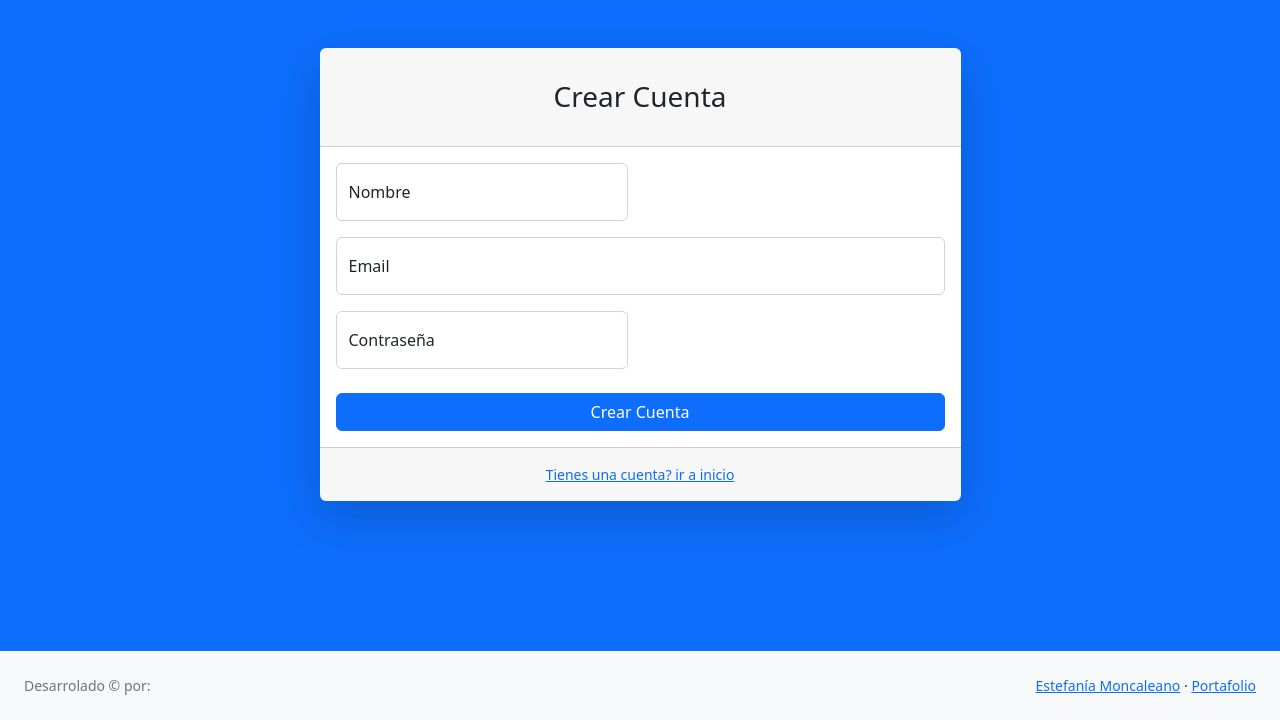
Repository: EstefaMH/Dashboard
Page: register.html
The author's editor kept a copy of each file at every save. The page is drawn from the files as they stood at one save, then again after the next save.
The browser window is 1280 px wide. The pictures show the whole page.
Some web libraries are served in a nearby version.

Above is the page before, as saved 2023-12-29 02:41:14.

### register.html
<!DOCTYPE html>
<html lang="en">

<head>
    <meta charset="utf-8" />
    <meta http-equiv="X-UA-Compatible" content="IE=edge" />
    <meta name="viewport" content="width=device-width, initial-scale=1, shrink-to-fit=no" />
    <meta name="description" content="" />
    <meta name="author" content="" />
    <title>Registro - Admin</title>
    <link href="styles/styles.css" rel="stylesheet" />
    <script src="https://use.fontawesome.com/releases/v6.3.0/js/all.js" crossorigin="anonymous"></script>
</head>

<body class="bg-primary">
    <div id="layoutAuthentication">
        <div id="layoutAuthentication_content">
            <main>
                <div class="container">
                    <div class="row justify-content-center">
                        <div class="col-lg-7">
                            <div class="card shadow-lg border-0 rounded-lg mt-5">
                                <div class="card-header">
                                    <h3 class="text-center font-weight-light my-4">Crear Cuenta</h3>
                                </div>
                                <div class="card-body">
                                    <form class="form_register" id="form_register" name="form_register" onsubmit="submitFormRegister()">
                                        <div class="row mb-3">
                                            <div class="col-md-6">
                                                <div class="form-floating mb-3 mb-md-0">
                                                    <input required name="userName" class="form-control" id="inputFirstName"
                                                        type="text" placeholder="Enter your first name" />
                                                    <label for="inputFirstName">Nombre</label>
                                                </div>
                                            </div>

                                        </div>
                                        <div class="form-floating mb-3">
                                            <input required name="email" class="form-control" id="inputEmail" type="email"
                                                placeholder="name@example.com" />
                                            <label for="inputEmail">Email </label>
                                        </div>
                                        <div class="row mb-3">
                                            <div class="col-md-6">
                                                <div class="form-floating mb-3 mb-md-0">
                                                    <input name="password" class="form-control" id="inputPassword"
                                                        type="password" placeholder="Create a password" />
                                                    <label for="inputPassword">Contraseña</label>
                                                </div>
                                            </div>

                                        </div>
                                        <div class="mt-4 mb-0">
                                            <div class="d-grid">
                                                <button class="btn btn-primary btn-block">Crear
                                                    Cuenta
                                                </button>
                                            </div>
                                        </div>
                                    </form>
                                </div>
                                <div class="card-footer text-center py-3">
                                    <div class="small"><a href="dashboard.html">Tienes una cuenta? ir a inicio</a></div>
                                </div>
                            </div>
                        </div>
                    </div>
                </div>
            </main>
        </div>
        <div id="layoutAuthentication_footer">
            <footer-component></footer-component>
        </div>
    </div>
    <script src="https://cdn.jsdelivr.net/npm/bootstrap@5.2.3/dist/js/bootstrap.bundle.min.js"
        crossorigin="anonymous"></script>
    <script src="js/scripts.js"></script>
    <script src="components/Footer.js"></script>
    <script src="functions/Auth/Register.js"></script>
    <script src="services/POST/postAdmin.js"></script>
    <script src="handlers/Register.js"></script>
    <script src="models/Admin.js"></script>
</body>

</html>

### js/scripts.js
/*!
    * Start Bootstrap - SB Admin v7.0.7 (https://startbootstrap.com/template/sb-admin)
    * Copyright 2013-2023 Start Bootstrap
    * Licensed under MIT (https://github.com/StartBootstrap/startbootstrap-sb-admin/blob/master/LICENSE)
    */
    //
// Scripts
//

window.addEventListener('DOMContentLoaded', event => {

    // Toggle the side navigation
    const sidebarToggle = document.body.querySelector('#sidebarToggle');
    if (sidebarToggle) {
        // Uncomment Below to persist sidebar toggle between refreshes
        // if (localStorage.getItem('sb|sidebar-toggle') === 'true') {
        //     document.body.classList.toggle('sb-sidenav-toggled');
        // }
        sidebarToggle.addEventListener('click', event => {
            event.preventDefault();
            document.body.classList.toggle('sb-sidenav-toggled');
            localStorage.setItem('sb|sidebar-toggle', document.body.classList.contains('sb-sidenav-toggled'));
        });
    }

});

### components/Footer.js
class FooterComponent extends HTMLElement {

    constructor() {
        super();
        this.render();
    }

    render() {
        this.innerHTML =
            `
            <footer class="py-4 bg-light mt-auto">
                <div class="container-fluid px-4">
                    <div class="d-flex align-items-center justify-content-between small">
                        <div class="text-muted">Desarrolado &copy; por: </div>
                        <div>
                            <a href="https://www.linkedin.com/in/estefan%C3%ADa-moncaleano">Estefanía Moncaleano</a>
                            &middot;
                            <a href="https://portafolio-react-og8w6l76g-estefamh.vercel.app/skills">Portafolio </a>
                        </div>
                    </div>
                </div>
            </footer>
                `
    }
}

customElements.define("footer-component", FooterComponent);

### functions/Auth/Register.js
async function submitFormRegister() {

    const admin = new Admin();

    let form = new FormData(form_register)
    console.log(form);
    const jsonData = {};

    form.forEach((value, key) => {
      jsonData[key] = value;
    });

    admin.userName = jsonData['userName'];
    admin.email = jsonData['email'];
    admin.password = jsonData['password'];

    postAdmin(admin.userName,admin.password , admin.email)
    handleRegister()
  }

### services/POST/postAdmin.js
async function postAdmin(userName, password, email) {

    try {

        const baseUrl = "http://localhost:3000";

        const data = { userName, password, email }

        const headers = {

            method: "POST",
            headers: {
                "Content-Type": "application/json",
            },
            body: JSON.stringify(data),

        }

        const response = await fetch(`${baseUrl}/admin`, headers);

        return response.status;


    } catch (error) {
        console.error("Error:", error);
    }


}

### handlers/Register.js


const handleRegister = () => {
    document.getElementById("form_register")
    .action = "index.html"
}

### models/Admin.js
class Admin {

    constructor(userName, email, password) {
        this.userName = userName;
        this.email = email;
        this.password = password;
    }

    setUser(userName, email, password) {
        localStorage.setItem("userName", userName);
        localStorage.setItem("email", email);
        localStorage.setItem("password", password);
    }

    removeUser() {
        localStorage.removeItem("userName");
        localStorage.removeItem("email");
        localStorage.removeItem("password");

        location.href = ("login.html");
    }


    async findUser(email) {


        let response = getAdmin().then((data) => {

            console.log(data)
            let adminData = data.find(admin => admin.email === email);
            console.log(adminData)

            return adminData;

        })
            .catch(error => {
                console.error('Error en la solicitud:', error);
            });

        return response;
    }

    async validationCredentialsUser(emailForm, passwordForm) {

        let user = await this.findUser(emailForm);
        console.log(user);

        if (user == undefined) {

            Swal.fire({
                title: "Usuario no encontrado",
                text: "Verifica tu email o registrate",
                icon: "warning",
                showCancelButton: true,
                confirmButtonText: "Registrarme",
                cancelButtonText: "Cancelar",
                reverseButtons: true
            }).then((result) => {
                if (result.isConfirmed) {
                    location.href = "register.html";
                }
            });
        }


        let { userName, password, email } = user


        if (emailForm != email) {

            Swal.fire({
                title: "Credenciales incorrectas",
                text: "El email ingresado es incorrecto",
                icon: "error"
            });

        } else if (passwordForm != password) {
            Swal.fire({
                title: "Credenciales incorrectas",
                text: "La contraseña ingresada es incorrecta",
                icon: "error"
            });

        } else {
            location.href = "dashboard.html";
            this.setUser(userName, email, password)
        }
    }

}

Loaded but not shown: styles/styles.css (library)

After the next save:
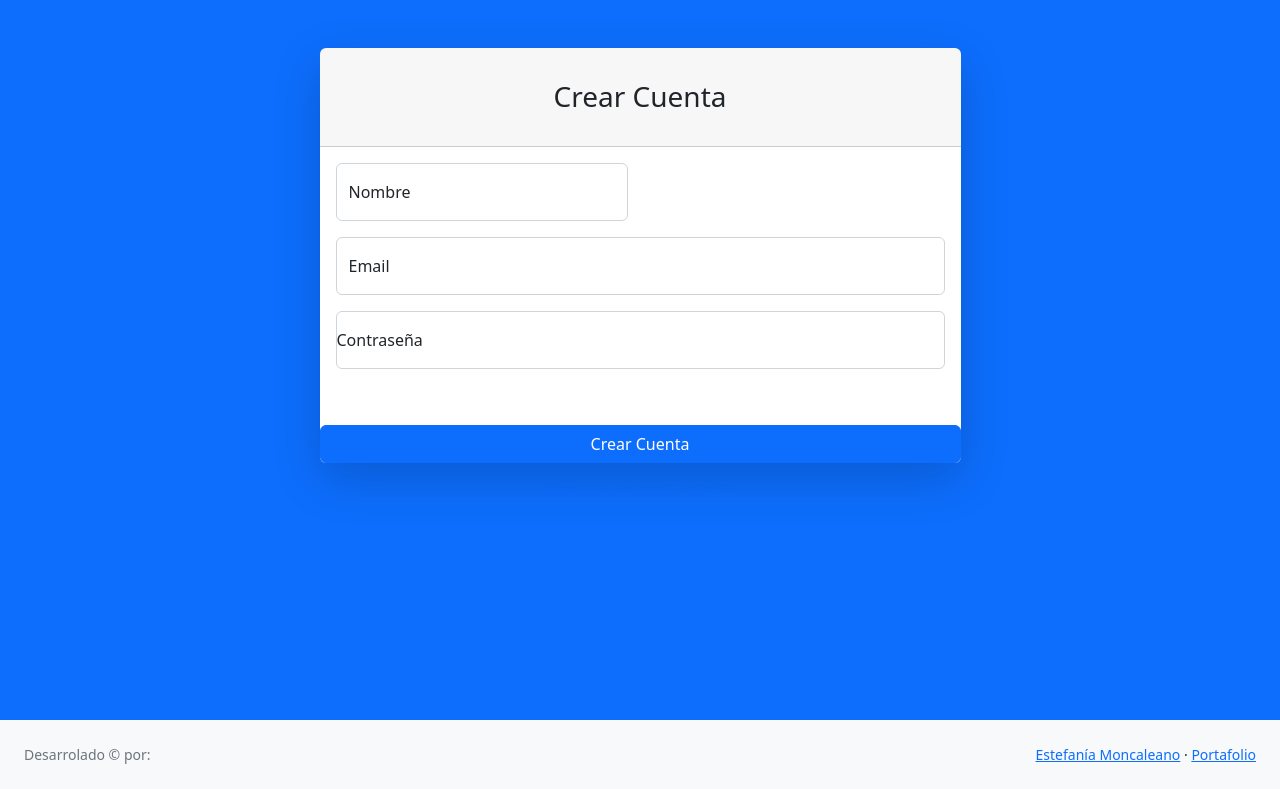
Saved 27 s later.
--- a/register.html
+++ b/register.html
@@ -41,7 +41,7 @@
                                             <label for="inputEmail">Email </label>
                                         </div>
                                         <div class="row mb-3">
-                                            <div class="col-md-6">
+
                                                 <div class="form-floating mb-3 mb-md-0">
                                                     <input name="password" class="form-control" id="inputPassword"
                                                         type="password" placeholder="Create a password" />

After the save that followed:
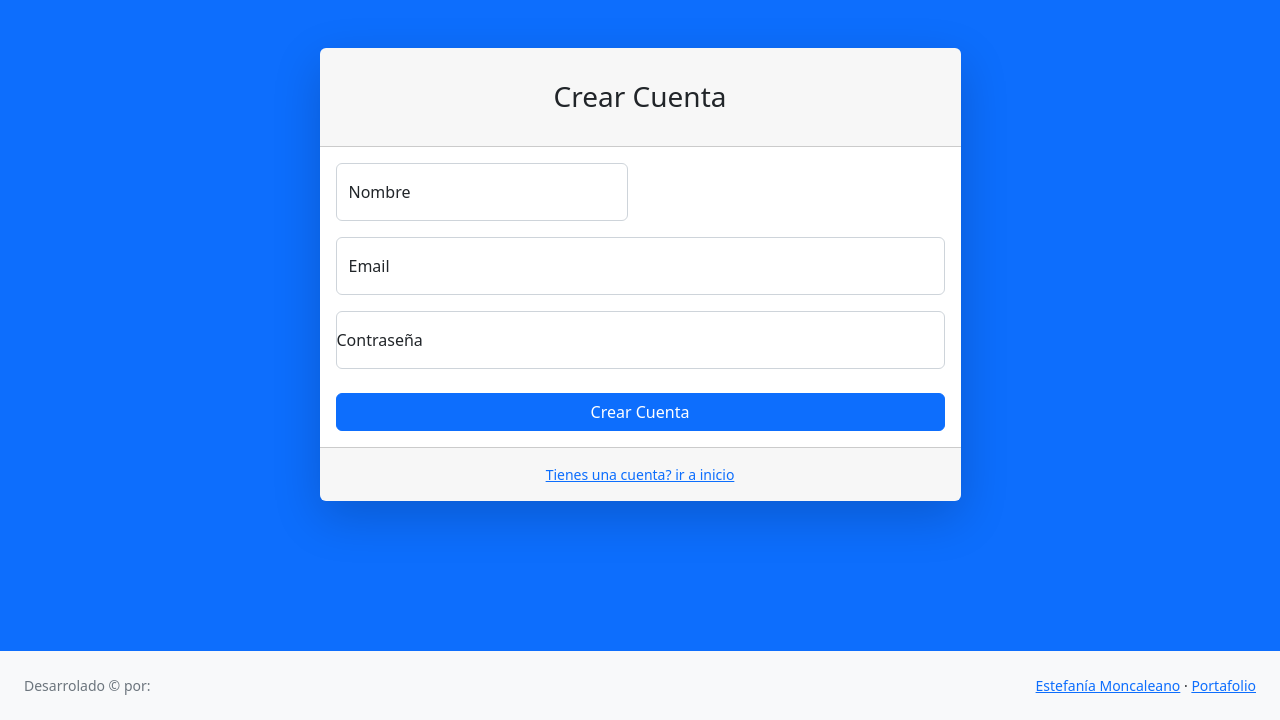
Saved 4 s later.
--- a/register.html
+++ b/register.html
@@ -47,7 +47,7 @@
                                                         type="password" placeholder="Create a password" />
                                                     <label for="inputPassword">Contraseña</label>
                                                 </div>
-                                            </div>
+
 
                                         </div>
                                         <div class="mt-4 mb-0">
